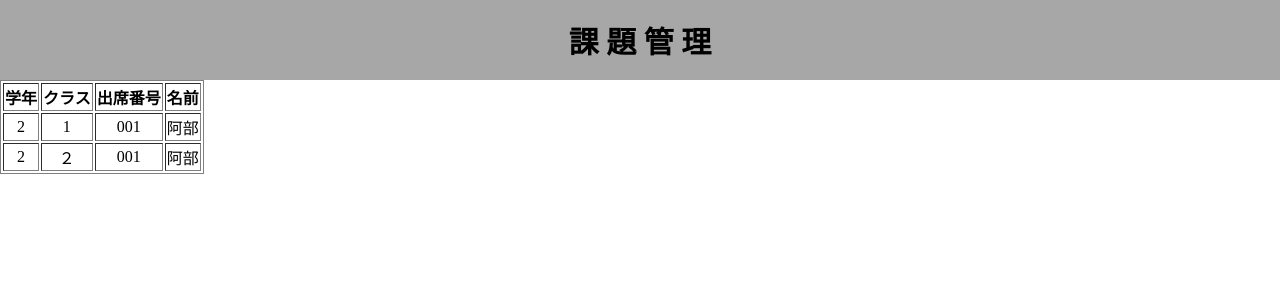
Repository: k-murakami18/canvas_v2
Page: management.html
The author's editor kept a copy of each file at every save. The page is drawn from the files as they stood at one save, then again after the next save.
The browser window is 1280 px wide. The pictures show the whole page.

Above is the page before, as saved 2021-01-12 15:36:03.

After the next save:
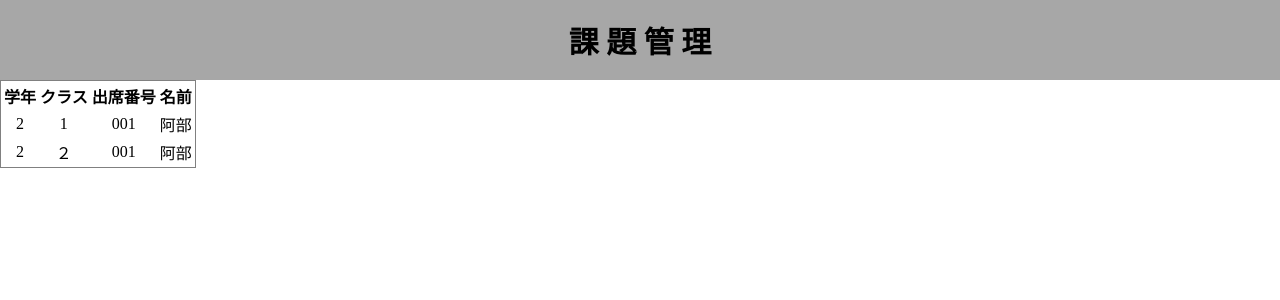
Saved 7 s later.
--- a/management.html
+++ b/management.html
@@ -20,7 +20,7 @@
     <h1 id="title">課 題 管 理</h1>
   </div>
 
-  <table id="table" border="1">
+  <table id="table">
     <tr>
       <th>学年</th>
       <th>クラス</th>

After the save that followed:
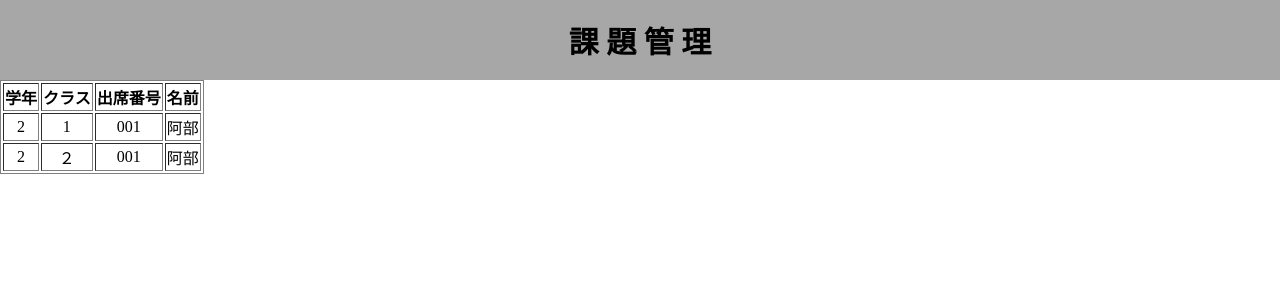
Saved 6 s later.
--- a/management.html
+++ b/management.html
@@ -20,7 +20,7 @@
     <h1 id="title">課 題 管 理</h1>
   </div>
 
-  <table id="table">
+  <table id="table" border="1">
     <tr>
       <th>学年</th>
       <th>クラス</th>
